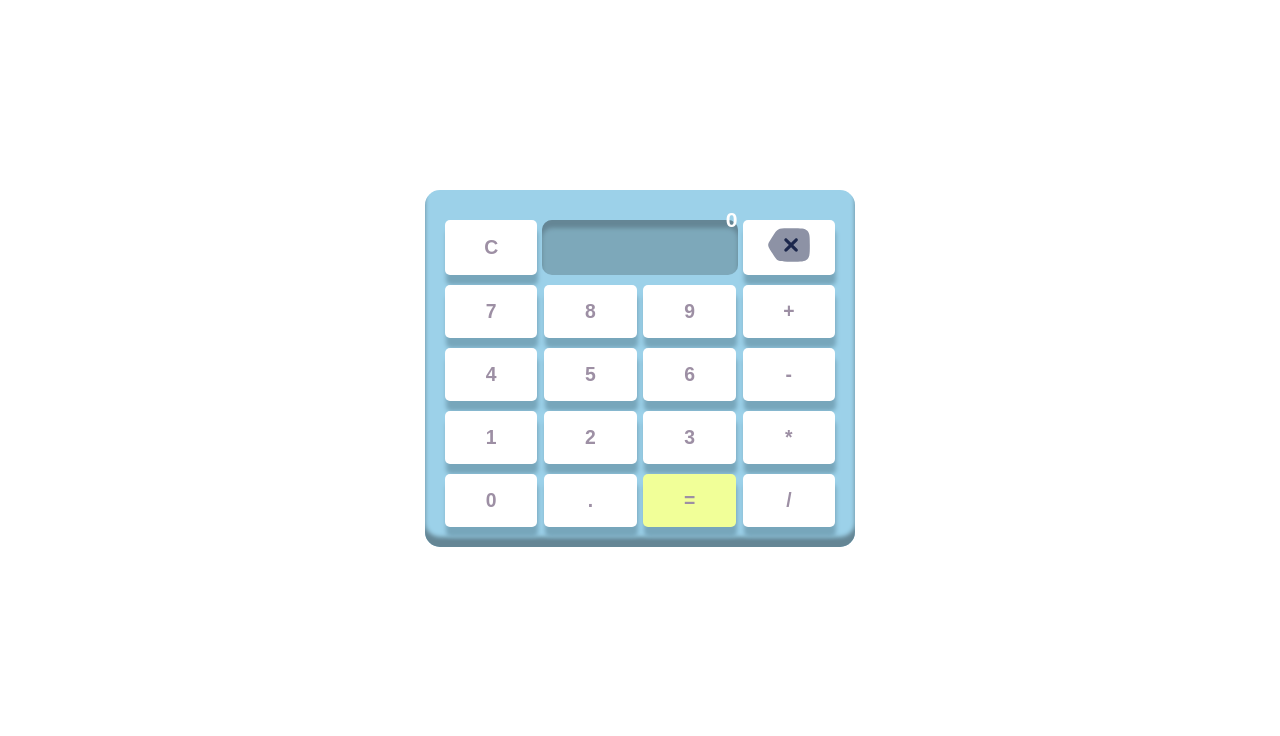
Repository: sem1103/calculator
Page: index.html
An editor plug-in stored every save of this project. The page is shown before and after the next save, followed by the edit.
The browser window is 1280 px wide. The pictures show the whole page.

Above is the page before, as saved 2023-11-02 15:33:26.

After the next save:
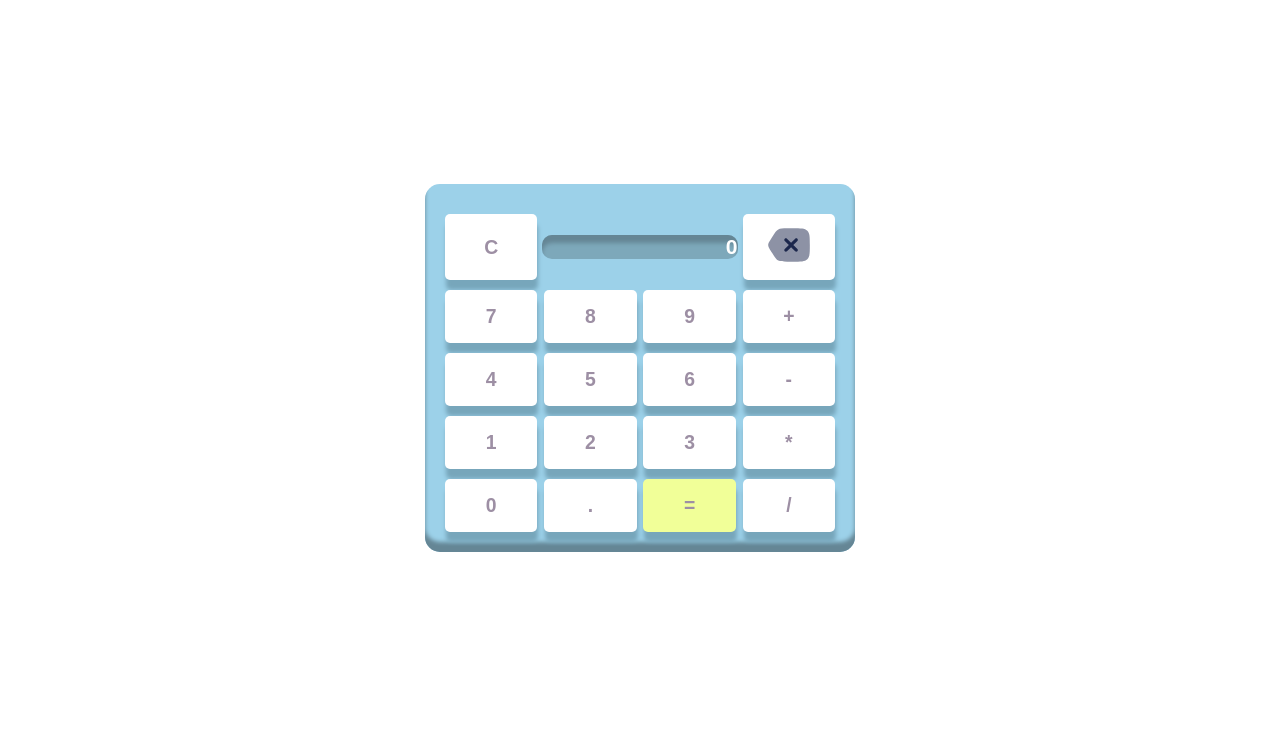
Saved 20 s later.
--- a/index.html
+++ b/index.html
@@ -52,10 +52,7 @@
         .calc__header {
             margin: 10px 0;
         }
-        p{
-            margin: 0;
-            line-height: 0;
-        }
+
 
         .sum {
             background-color: #f1ff98;

After the save that followed:
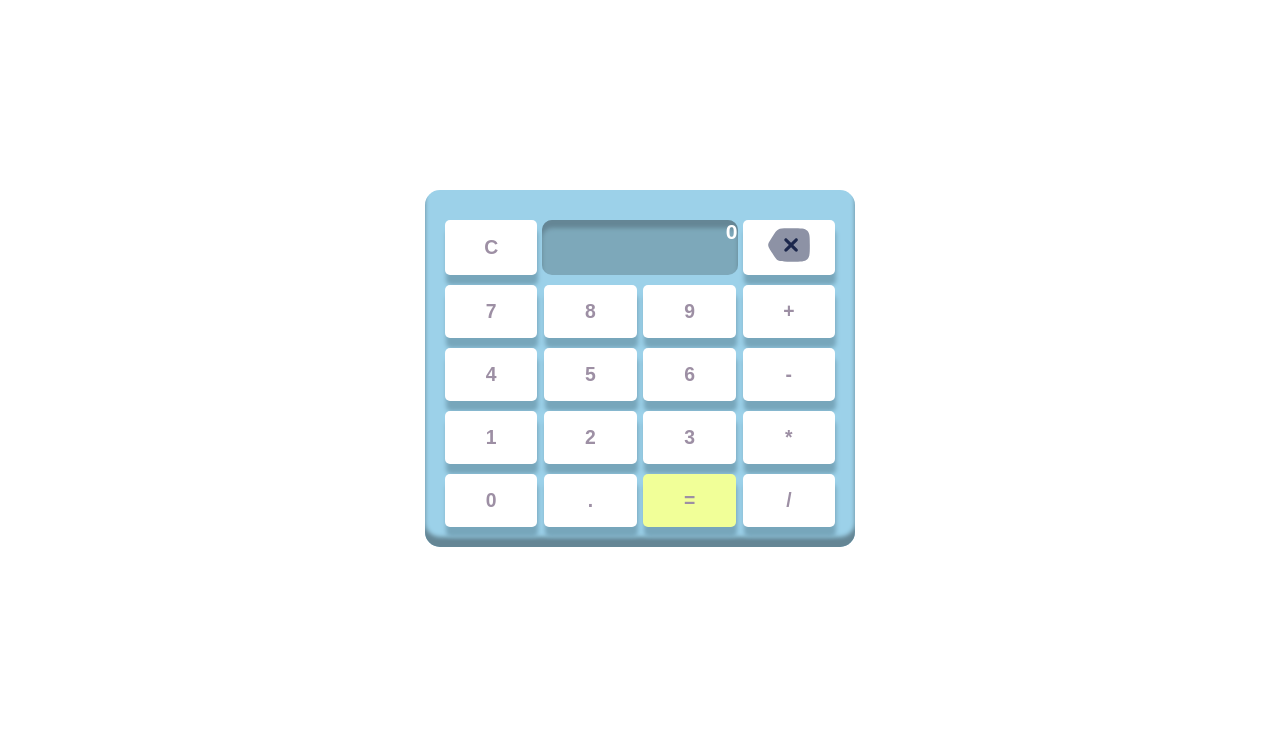
Saved 25 s later.
--- a/index.html
+++ b/index.html
@@ -36,6 +36,7 @@
             text-align: right;
             font-size: 1.2rem;
             color: #fff;
+            margin: 0;
         }
 
         .calc__main,
